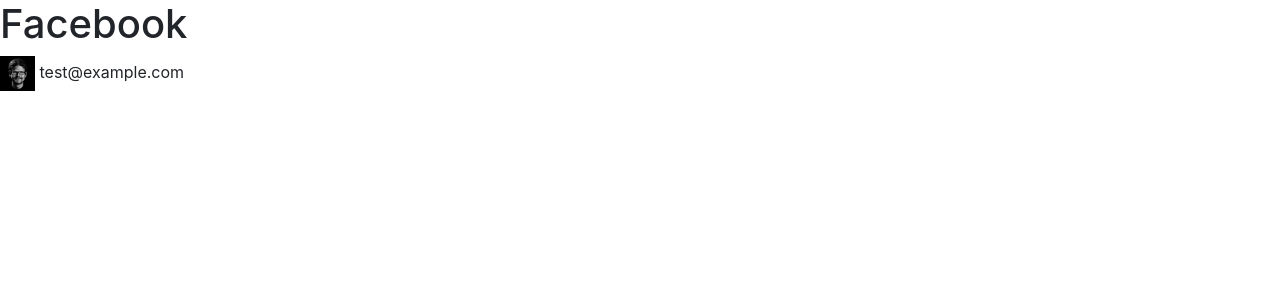
Repository: syawal2kalii/oop-php
Page: http://localhost/simple-login-register/view/admin.php
The author's editor kept a copy of each file at every save. The page is drawn from the files as they stood at one save, then again after the next save.
The browser window is 1280 px wide. The pictures show the whole page.
The page is run by PHP 8.4 with error messages shown; the project is at /var/www/html/. The session is filled in as if someone had signed in: {"id": 1, "nama_dpn": "Test User", "email": "test@example.com", "status": 1}. Other server files are loaded and not shown.

Above is the page before, as saved 2020-03-09 14:53:58.

### view/admin.php
<?php
    session_start();
?>
<!DOCTYPE html>
<html lang="en">
<head>
    <meta charset="UTF-8">
    <meta name="viewport" content="width=device-width, initial-scale=1.0">
    <title>Admin</title>
    <link rel="stylesheet" href="https://stackpath.bootstrapcdn.com/bootstrap/4.4.1/css/bootstrap.min.css" integrity="sha384-Vkoo8x4CGsO3+Hhxv8T/Q5PaXtkKtu6ug5TOeNV6gBiFeWPGFN9MuhOf23Q9Ifjh" crossorigin="anonymous">
</head>
<body>
    <div class="header">
        <h1>Facebook</h1>
        <div class="profile">
            <img width="35px" src="../image/images.jpeg" alt="" srcset="">
            <span><?php echo ($_SESSION['email']); ?></span>
        </div>
    </div>

    <script src="https://code.jquery.com/jquery-3.4.1.slim.min.js" integrity="sha384-J6qa4849blE2+poT4WnyKhv5vZF5SrPo0iEjwBvKU7imGFAV0wwj1yYfoRSJoZ+n" crossorigin="anonymous"></script>
    <script src="https://cdn.jsdelivr.net/npm/popper.js@1.16.0/dist/umd/popper.min.js" integrity="sha384-Q6E9RHvbIyZFJoft+2mJbHaEWldlvI9IOYy5n3zV9zzTtmI3UksdQRVvoxMfooAo" crossorigin="anonymous"></script>
    <script src="https://stackpath.bootstrapcdn.com/bootstrap/4.4.1/js/bootstrap.min.js" integrity="sha384-wfSDF2E50Y2D1uUdj0O3uMBJnjuUD4Ih7YwaYd1iqfktj0Uod8GCExl3Og8ifwB6" crossorigin="anonymous"></script>
</body>
</html>

After the next save:
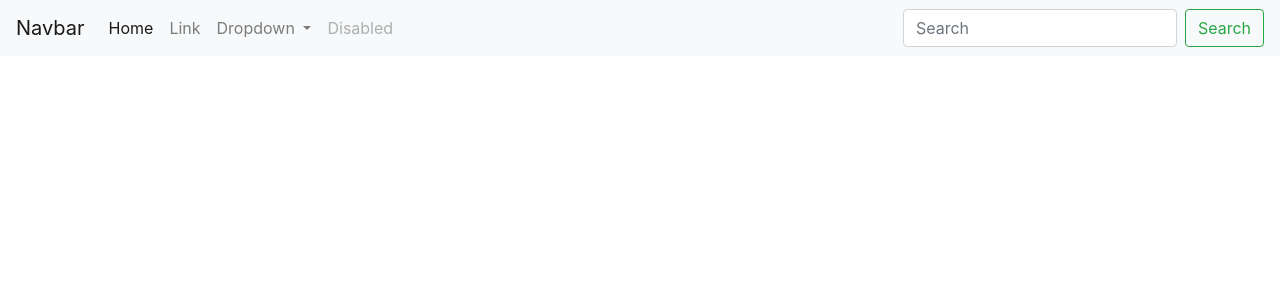
Saved 3 min 43 s later.
--- a/view/admin.php
+++ b/view/admin.php
@@ -10,13 +10,41 @@
     <link rel="stylesheet" href="https://stackpath.bootstrapcdn.com/bootstrap/4.4.1/css/bootstrap.min.css" integrity="sha384-Vkoo8x4CGsO3+Hhxv8T/Q5PaXtkKtu6ug5TOeNV6gBiFeWPGFN9MuhOf23Q9Ifjh" crossorigin="anonymous">
 </head>
 <body>
-    <div class="header">
-        <h1>Facebook</h1>
-        <div class="profile">
-            <img width="35px" src="../image/images.jpeg" alt="" srcset="">
-            <span><?php echo ($_SESSION['email']); ?></span>
+<nav class="navbar navbar-expand-lg navbar-light bg-light">
+  <a class="navbar-brand" href="#">Navbar</a>
+  <button class="navbar-toggler" type="button" data-toggle="collapse" data-target="#navbarSupportedContent" aria-controls="navbarSupportedContent" aria-expanded="false" aria-label="Toggle navigation">
+    <span class="navbar-toggler-icon"></span>
+  </button>
+
+  <div class="collapse navbar-collapse" id="navbarSupportedContent">
+    <ul class="navbar-nav mr-auto">
+      <li class="nav-item active">
+        <a class="nav-link" href="#">Home <span class="sr-only">(current)</span></a>
+      </li>
+      <li class="nav-item">
+        <a class="nav-link" href="#">Link</a>
+      </li>
+      <li class="nav-item dropdown">
+        <a class="nav-link dropdown-toggle" href="#" id="navbarDropdown" role="button" data-toggle="dropdown" aria-haspopup="true" aria-expanded="false">
+          Dropdown
+        </a>
+        <div class="dropdown-menu" aria-labelledby="navbarDropdown">
+          <a class="dropdown-item" href="#">Action</a>
+          <a class="dropdown-item" href="#">Another action</a>
+          <div class="dropdown-divider"></div>
+          <a class="dropdown-item" href="#">Something else here</a>
         </div>
-    </div>
+      </li>
+      <li class="nav-item">
+        <a class="nav-link disabled" href="#" tabindex="-1" aria-disabled="true">Disabled</a>
+      </li>
+    </ul>
+    <form class="form-inline my-2 my-lg-0">
+      <input class="form-control mr-sm-2" type="search" placeholder="Search" aria-label="Search">
+      <button class="btn btn-outline-success my-2 my-sm-0" type="submit">Search</button>
+    </form>
+  </div>
+</nav>
 
     <script src="https://code.jquery.com/jquery-3.4.1.slim.min.js" integrity="sha384-J6qa4849blE2+poT4WnyKhv5vZF5SrPo0iEjwBvKU7imGFAV0wwj1yYfoRSJoZ+n" crossorigin="anonymous"></script>
     <script src="https://cdn.jsdelivr.net/npm/popper.js@1.16.0/dist/umd/popper.min.js" integrity="sha384-Q6E9RHvbIyZFJoft+2mJbHaEWldlvI9IOYy5n3zV9zzTtmI3UksdQRVvoxMfooAo" crossorigin="anonymous"></script>
